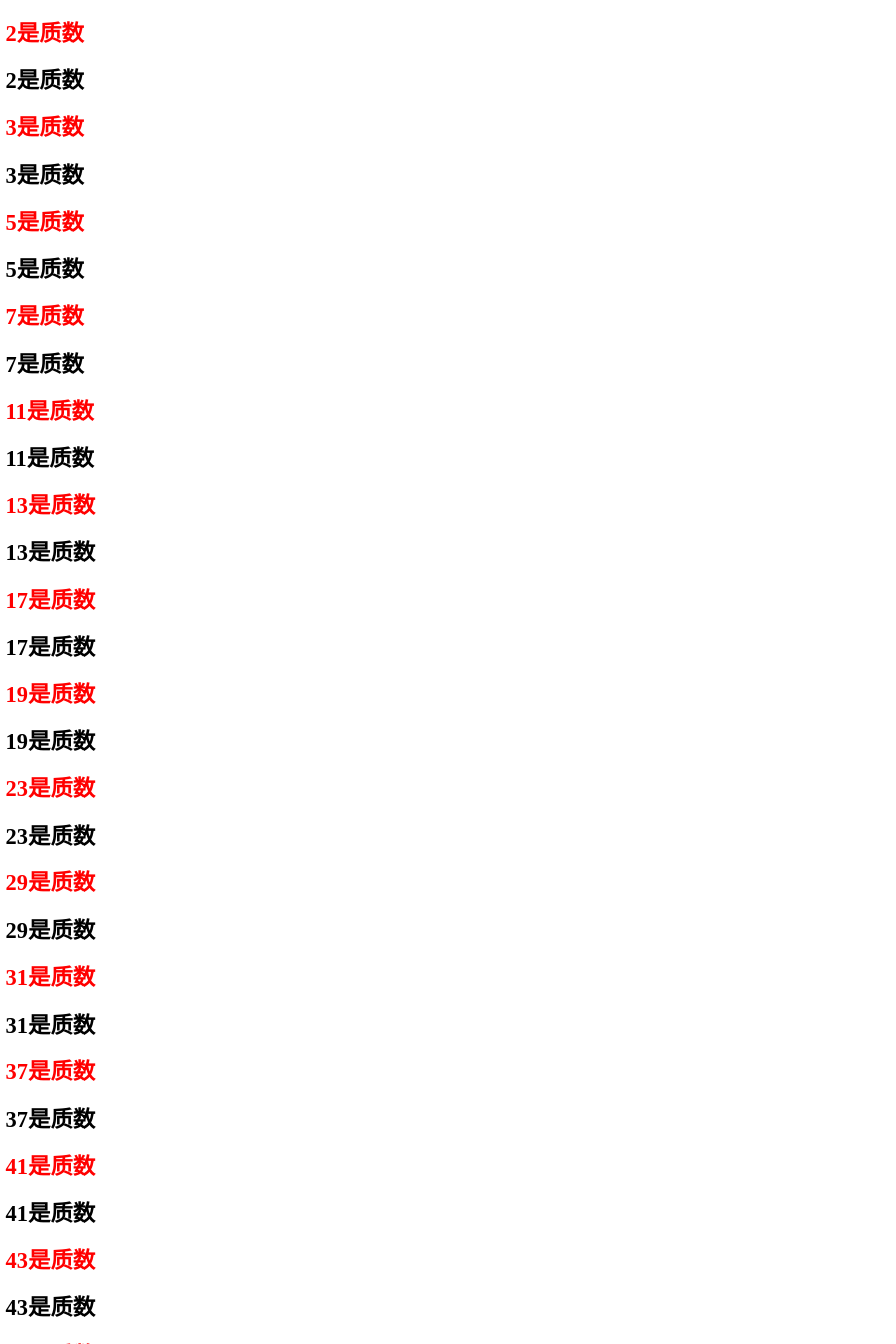
Repository: PeiroJack/eclipse-workspace
Page: http://localhost/MyJsp/prime.jsp
These files come from the project's save history. The page is drawn as it stood at one moment and after the next save; the edit follows.
The browser window is 1280 px wide. The pictures show the part of the page from y = 0 to 1920 px (the page is 22680 px tall before and 11351 px after), at 70% of full size.
The page is served by Tomcat 9.

Above is the page before, as saved 2020-03-13 16:44:54.

### MyJsp/WebContent/prime.jsp
<%@ page import="java.util.*,java.text.*" language="java"
	contentType="text/html; charset=UTF-8" pageEncoding="UTF-8"%>
<!DOCTYPE html>
<html>
<head>
<meta charset="UTF-8">
<title>Insert title here</title>
</head>
<body>
	<%!boolean isPrime(int num) {
		boolean flag = true;
		for (int j = 2; j < num; j++) {
			if (num % j == 0) {
				flag = false;
				break;
			}
		}
		return flag;
	}%>
	<%
		List<Integer> primes = new ArrayList();
		for (int i = 2; i <= 1000; i++) {
			if (isPrime(i) == true) {
				//out.println("<h1>" + i + "</h1>");
				primes.add(i);
			}
		}
	%>
	<%
		for (int p : primes) {
	%>
	<h1 style="color: red;"><%=p%>是质数</h1>
	<%
		out.println("<h1>" + p + "是质数</h1>");
		}
	%>
</body>
</html>

After the next save:
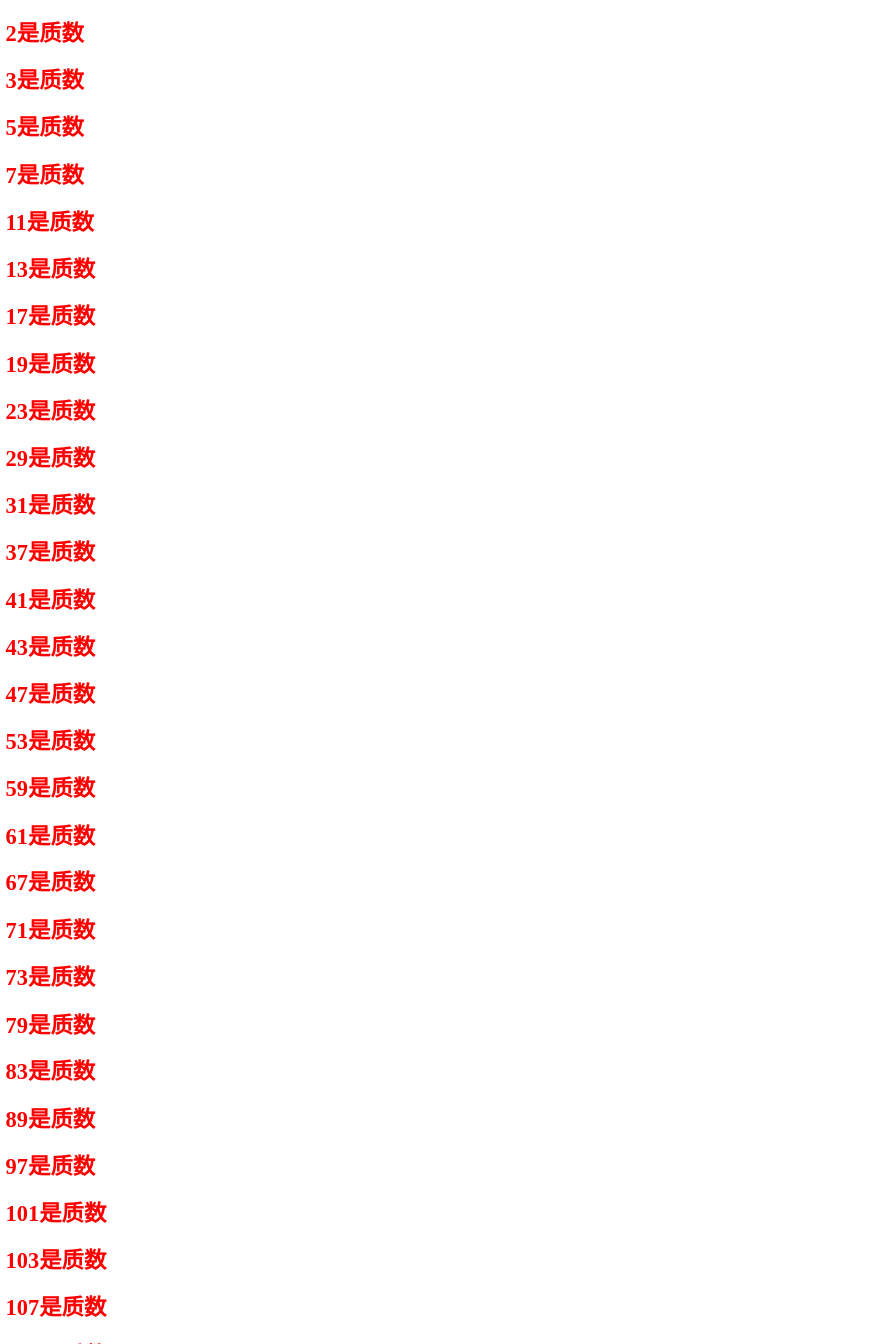
Saved 16 s later.
--- a/MyJsp/WebContent/prime.jsp
+++ b/MyJsp/WebContent/prime.jsp
@@ -31,7 +31,6 @@
 	%>
 	<h1 style="color: red;"><%=p%>是质数</h1>
 	<%
-		out.println("<h1>" + p + "是质数</h1>");
 		}
 	%>
 </body>
